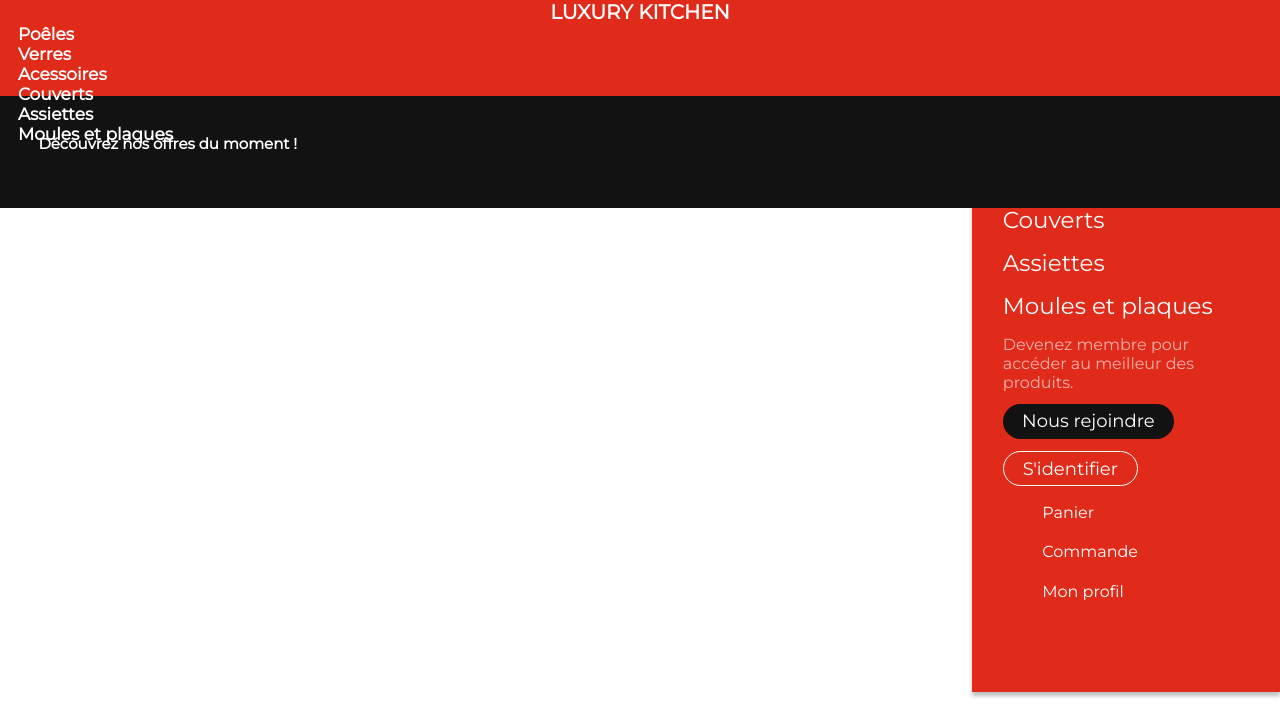
Repository: Juannpl/Luxury-Kicthen
Page: index.html
An editor plug-in stored every save of this project. The page is shown before and after a run of saves, followed by the edit.
The browser window is 1280 px wide. The pictures show the whole page.
Some icons come from a web library that is not loaded, so they are not drawn.

Above is the page before, as saved 2023-02-06 12:28:32.

### index.html
<!DOCTYPE html>
<html lang="fr">
<head>
    <meta charset="UTF-8">
    <meta http-equiv="X-UA-Compatible" content="IE=edge">
    <meta name="viewport" content="width=device-width, initial-scale=1.0">

    <script src="https://unpkg.com/boxicons@2.1.4/dist/boxicons.js"></script>

    <link rel="stylesheet" href="css/style.css">
    <title>Acceuil - LK</title>
</head>
<body>
    <header class="header">
        <nav class="nav_container row">
            <div class="logo">
                <p>LUXURY KITCHEN</p>
            </div>
            <div class="barre_categorie">
                <ul class="row">
                    <li><a href="#">Poêles</a></li>
                    <li><a href="#">Verres</a></li>
                    <li><a href="#">Acessoires</a></li>
                    <li><a href="#">Couverts</a></li>
                    <li><a href="#">Assiettes</a></li>
                    <li><a href="#">Moules et plaques</a></li>
                </ul>
            </div>
            <div class="nav_list">
                <ul class="row">
                    <li class="items_list">
                        <box-icon name='shopping-bag' color='#ffffff' size='1.7rem'></box-icon>
                    </li>
                    <li class="items_list">
                        <box-icon name='user-circle' type='solid' color='#ffffff' size='1.7rem'></box-icon>
                    </li>
                    <a id="openBtn">
                        <li class="items_list">
                            <box-icon name='menu' color='#ffffff' size=2.2rem></box-icon>
                        </li>
                    </a>
                </ul>
            </div>
        </nav>
        <div id="transparent"></div>
        <section id="barre_categorie_mobile">
            <div id="closeBtn">
                <box-icon name='x' color='#ffffff' size='3rem'></box-icon>
            </div>
            <div class="nav_contents row">
                <div>
                    <ul class="row">
                        <li><a href="#">Poêles</a></li>
                        <li><a href="#">Verres</a></li>
                        <li><a href="#">Acessoires</a></li>
                        <li><a href="#">Couverts</a></li>
                        <li><a href="#">Assiettes</a></li>
                        <li><a href="#">Moules et plaques</a></li>
                    </ul>
                </div>
                <div>
                    <p class="opacityy">
                        Devenez membre pour accéder au meilleur des produits.
                    </p>
                </div>
                <div>
                    <button type="button" class="btn-black">Nous rejoindre</button>
                </div>
                <div>
                    <button type="button" class="btn-clear">S'identifier</button>
                </div>
                <div class="items">
                    <div class="roww">
                        <box-icon name='shopping-bag' color='#ffffff' size='1.7rem'></box-icon>
                        <p>Panier</p>
                    </div>
                    <div class="roww">
                        <box-icon type='solid' name='package' color='#ffffff' size='1.7rem'></box-icon>
                        <p>Commande</p>
                    </div>
                    <div class="roww">
                        <box-icon name='user-circle' type='solid' color='#ffffff' size='1.7rem'></box-icon>
                        <p>Mon profil</p>
                    </div>
                </div>
                <div class="reseaux roo">
                    <div class="sociaux">
                        <box-icon name='facebook-circle' type='logo' color='#ffffff' ></box-icon>
                    </div>
                    <div class="sociaux">
                        <box-icon name='twitter' type='logo' color='#ffffff' ></box-icon>
                    </div>
                    <div class="sociaux">
                        <box-icon name='instagram-alt' type='logo' color='#ffffff' ></box-icon>
                    </div>
                </div>
            </div>
        </section>
        <!-- FIN DDE LA BARRE DE NAVIGATION MOBILE-->
    </header>
    <main id="juan">
        <section class="body_container">
            <div class="firstpart">
                <div class="name_of_card">
                    <h1>Découvrez nos offres du moment !</h1>
                </div>
                <div class="swipe">
                </div>
                <div></div>
                <div></div>
            </div>
        </section>
    </main>
    <footer>

    </footer>
    <script src="script.js"></script>
</body>
</html>

### css/style.css
/*

    GENERAL

*/

@import url('https://fonts.googleapis.com/css2?family=Montserrat&family=Roboto&display=swap');

:root{
    --rougelinear: rgba(224, 43, 26, 1);
    --rougetext: #E02B1A;
    --blanc: #fff;
    --noirclair: #1E1E1E;
    --noir: #121212;
    --gris: #595959;
}

*/*,
*::after,
*::before*/{
    margin: 0;
    padding: 0;
    box-sizing: inherit;
    list-style: none;
    text-decoration: none;
    font-family: 'Montserrat', 'sans-serif';
}

html{
    width: 100%;
    overflow-x: hidden;
}

.controle img{
    width: 100%;
}

/*

    HEADER

*/

.header{
    background-color: var(--rougelinear);
    height: 6rem;
    display: grid;
    align-items: center;
    position: relative;
}

.logo{
    color: var(--blanc);
    font-size: 0.9em;
    font-weight: 600;
    text-align: center;
    padding-left: 5%;
}

.barre_categorie{
    display: none;
}

#closeBtn{
    position: absolute;
    top: 5%;
    right: 10%;
    cursor: pointer;
}

#barre_categorie_mobile{
    color: var(--blanc);
    width: 308px;
    position: absolute;
    z-index: -1;
    top: 0;
    right: 0;
    background-color: var(--rougelinear);
    transition: left 0.5s ease;
    display: flex;
    align-items: center;
    flex-direction: column;
    box-shadow: 0px 4px 4px 0px rgba(0, 0, 0, 0.25);
}

/* Active class */
#barre_categorie_mobile.active{
    z-index: 3;
}

#transparent.active{
    z-index: 2;
}

#transparent{
    position: fixed;
    top: 0;
    right: 0;
    width: 100%;
    height: 100vh;
    z-index: -3;
    background: rgba(255, 255, 255, 0.28);
    backdrop-filter: blur(3.8px);
    -webkit-backdrop-filter: blur(3.8px);
}

.reseaux{
    justify-content: center;
}

.sociaux{
    padding: 2% ;
}

#barre_categorie_mobile ul{
    flex-direction: column;
}

#barre_categorie_mobile ul a{
    color: var(--blanc);
    font-weight: 550;
    font-size: 23px;
}

#barre_categorie_mobile ul li{
    margin: 15px 0px;
}

.nav_container{
    justify-content: space-between;
    /* text-align: center; */
    align-items: center;
}

.roo{
    display: flex;
}

.items_list{
    padding: 0 0.5rem;
    height: auto;
    display: grid;
    align-items: center;
    cursor: pointer;
}

.nav_list{
    padding-right: 3%;
}

.nav_contents{
    width: 80%;
    flex-direction: column;
    margin-top: 20%;
}

.nav_contents div{
    margin: 5% 0;
}

.btn-black{
    width: 171px;
    height: 35px;
    background-color: var(--noir);
    color: var(--blanc);
    border: 0px;
    border-radius: 20px;
    font-family: Montserrat;
    font-size: 18px;
}

.btn-clear{
    border: 1.7px solid var(--blanc);
    color: var(--blanc);
    background-color: transparent;
    width: 133px;
    height: 33px;
    border-radius: 20px;
    font-family: Montserrat;
    font-size: 18px;
}

.roww{
    display: flex;
    align-items: center;
    margin: 5% 0;
}

.opacityy{
    opacity: 63%;
}

.items p{
    margin-left: 5%;
}

/*

    MAIN

*/

.btn-red{
    height: 23px;
    width: 135px;
    border-radius: 3px;
    border: none;
    background-color: var(--rougelinear);
    color: var(--blanc);

}

.swipe {
    display: flex;
}

#juan{
    background-color: var(--noir);
    padding: 3% 3%;
}

.controle{
    height: 190px;
    width: 100%;

}

.description h2{
    font-family: Montserrat;
    font-size: 15px;
    font-weight: 600;
    color: var(--blanc);
}

.name_of_card {
    color: var(--blanc);
    font-family: Montserrat;
    font-size: 10px;
    font-weight: 700;
    text-align: left;
    padding-bottom: 1rem;

}

.card{
    text-align: center;
    background-color: var(--gris);
}

/* desktop = 1224px, tablette = 768px */

@media only screen and (min-width: 768px){
    .logo{
        font-size: 20px;
    }
}

@media only screen and (min-width: 1224px){
    .barre_categorie_mobile{
        display: none;
    }

    .barre_categorie{
        display: revert;
        width: 70%;
    }

    .barre_categorie li{
        padding: 0% 2%;
    }

    .barre_categorie a{
        color: var(--blanc);
        font-weight: 600;
        font-size: 17px;
    }

    .nav_list {
        padding-right: 0;
    }

    .logo {
        padding-left: 0;
    }

    .roo {
        justify-content: center;
    }

    #openBtn{
        display: none;
    }
}


/* ---------- Footer ---------- */

footer{
    width: 100%;
    align-items: center;
    font-family: 'Montserrat', sans-serif;
}

.container-footer{
    height: 400px;
    display: flex;
    flex-direction: column;
    padding-top: 20px;
    background-color: #121212;
    color: white;
    font-size: 1.2rem;
}

.contact-infos{
    display: none;
}

.contact-infos p{
    font-size: 16px;
    color: rgb(255, 255, 255, .5);
}

.container-footer h3{
    text-align: center;
    margin: 25px 0 25px 0;
    font-size: 18px;
}

.download{
    text-align: center;
}

.picto{
    width: 30%;
}

.logos-paiement{
    width: 60%;
    height: 50px;
    display: flex;
    justify-content:space-between;
    align-items: center;
    margin: auto;
}

#visa{
    width: 70px;
    height: 95px;
}

#mastercard{
    width: 70px;
    height: 30px;
}

#paypal{
    width: 35px;
    height: 35px;
}

.social-media{
    text-align: center;
    margin-top: 5px;
}


/* ---------- Page d'inscription ---------- */

.create-account-container{
    width: 100%;
    height: 90%;
    background-color:var(--noirclair);
    text-align: center;
    color: var(--blanc);
    display: grid;
    gap: 5px;
    padding-top: 8%;
    font-family: 'Montserrat', sans-serif;
}

.create-account-container h1{
    font-size: 18px;
}

.create-account-container h3{
    font-size: 12px;
}

#identification-span{
    color: var(--rougetext);
}

.create-account-form{
    padding: 2%;
}

.create-account-form input{
    width: 80%;
    height: 60px;
    margin: 3%;
    padding-left: 3%;
    border-radius: 3px;
    background-color: var(--noirclair);
    border: var(--gris) 1px solid;
    font-size: 15px;
}

.conditions{
    display: flex;
}

.conditions p{
    padding-top: 3%;
    font-size: 13px;
    text-align: left;
}

#conditions{
    width: 16px;
    height: 16px;
}

.create-account-form button{
    width: 120px;
    height: 35px;
    margin: 4% 0 4% 0;
    background-color: var(--rougetext);
    color: var(--blanc);
    border-radius: 5px;
    font-family: 'Montserrat', sans-serif;
    font-size: 15px;
    font-weight: 600;
    border: none;
}


/* ---------- Page d'identification ---------- */

.container-identification{
    background-color: var(--noirclair);
    color: var(--blanc);
    text-align: center;
    font-family: 'Montserrat', sans-serif;
    display: grid;
    gap: 20px;
    padding: 120px 0 70px;
}

.container-identification h1{
    font-size: 18px;
}

.container-identification input{
    width: 300px;
    height: 60px;
    background-color: var(--noirclair);
    border: var(--gris) 1px solid;
    border-radius: 3px;
    padding-left: 2%;
}

.container-identification h3{
    font-size: 12px;
    padding: 10px;
}

.social-identification button{
    width: 266px;
    height: 35px;
    border-radius: 20px;
    color: var(--blanc);
    font-size: 11px;
    font-weight: 600;
    display: flex;
    align-items: center;
    justify-content: center;
}

#fb-button{
    background-color: #039be5;
    border: none;
}

#apple-button{
    background-color: var(--noir);
    border: none;
}

#google-button{
    background-color: var(--noirclair);
    border: var(--blanc) 1px solid;
}

.social-identification img{
    width: 24px;
    height: 24px;
}

.social-identification{
    text-align: center;
    display: grid;
    justify-content: center;
    gap: 20px;
}

.form-identification input{
    margin-bottom: 7%;
}

.form-identification button{
    width: 140px;
    height: 40px;
    background-color: var(--rougetext);
    color: var(--blanc);
    font-size: 15px;
    font-weight: 600;
    border-radius: 5px;
    border: none;
    margin-bottom: 7%;
}



/* -------------------- Tablet -------------------- */


@media only screen and (min-device-width : 768px){

    /* ---------- Footer ---------- */

    .container-footer{
        height: 430px;
    }

    .container-footer-tablet{
        display: flex;
        justify-content: space-around;
    }

    .contact-infos{
        width: 40%;
        display: flex;
        flex-direction: column;
        text-align:left;
    }

    .download{
        width: 40%;
    }

    .picto{
        width: 45%
    }

    .logos-paiement{
        width: 40%;
    }

    /* ---------- Page d'inscription ---------- */

    .create-account-container h1{
        font-size: 24px;
    }

    .create-account-container h3{
        font-size: 17px;
        padding-top: 1.5%;
    }

    .create-account-form input{
        width: 450px;
        height: 70px;
        font-size: 18px;
        padding-left: 2%;
        margin: 2% 0 .5% 0;
    }

    .conditions{
        width: 63%;
        margin-left: 20%;
    }



    /* ---------- Page d'identification ---------- */

    .container-identification{
        padding: 70px 0 10px 0;
    }

    .container-identification h1{
        font-size: 24px;
    }

    .social-identification button{
        width: 492px;
        height: 63px;
        border-radius: 5px;
        font-size: 15px;
    }

    .container-identification h3{
        font-size: 18px;
    }

    .form-identification input{
        width: 520px;
        height: 75px;
        font-size: 20px;
        margin-bottom: 3%;
    }

    .form-identification button{
        width: 246px;
        height: 60px;
        margin-top: 1%;
        font-size: 24px;
        font-weight: 500;
    }
}





/* -------------------- Desktop -------------------- */


@media only screen and (min-device-width : 1224px){

/* ---------- Footer ---------- */

    .logos-paiement{
        width: 20%;
    }

    .paiement h3{
        padding-top: 1%
    }


    /* ---------- Page d'inscription ---------- */

    .create-account-container h1{
        font-size: 24px;
    }

    .create-account-container h3{
        font-size: 18px;
        padding-top: 1.5%;
    }

    .create-account-form input{
        width: 40%;
        height: 80px;
        font-size: 20px;
        padding-left: 2%;
        margin: 2% 0 .5% 0;
    }

    .conditions{
        width: 43%;
        margin-left: 29%;
    }

    .conditions p{
        padding-top: 3%;
        font-size: 16px;
        text-align: center;
    }

    .create-account-form button{
        width: 220px;
        height: 50px;
        font-size: 20px;
    }

    #conditions{
        width: 25px;
        height: 30px;
    }




    /* ---------- Page d'identification ---------- */


}

### script.js
var navMobile = document.getElementById("barre_categorie_mobile");
var transparent = document.getElementById("transparent");
var openBtn = document.getElementById("openBtn");
var closeBtn = document.getElementById("closeBtn");

openBtn.onclick = openNav;
closeBtn.onclick = closeNav;

/* Set the width of the side navigation to 250px */
function openNav() {
  navMobile.classList.add("active");
  transparent.classList.add("active");
}

/* Set the width of the side navigation to 0 */
function closeNav() {
  navMobile.classList.remove("active");
  transparent.classList.remove("active");
}

After the next 2 saves:
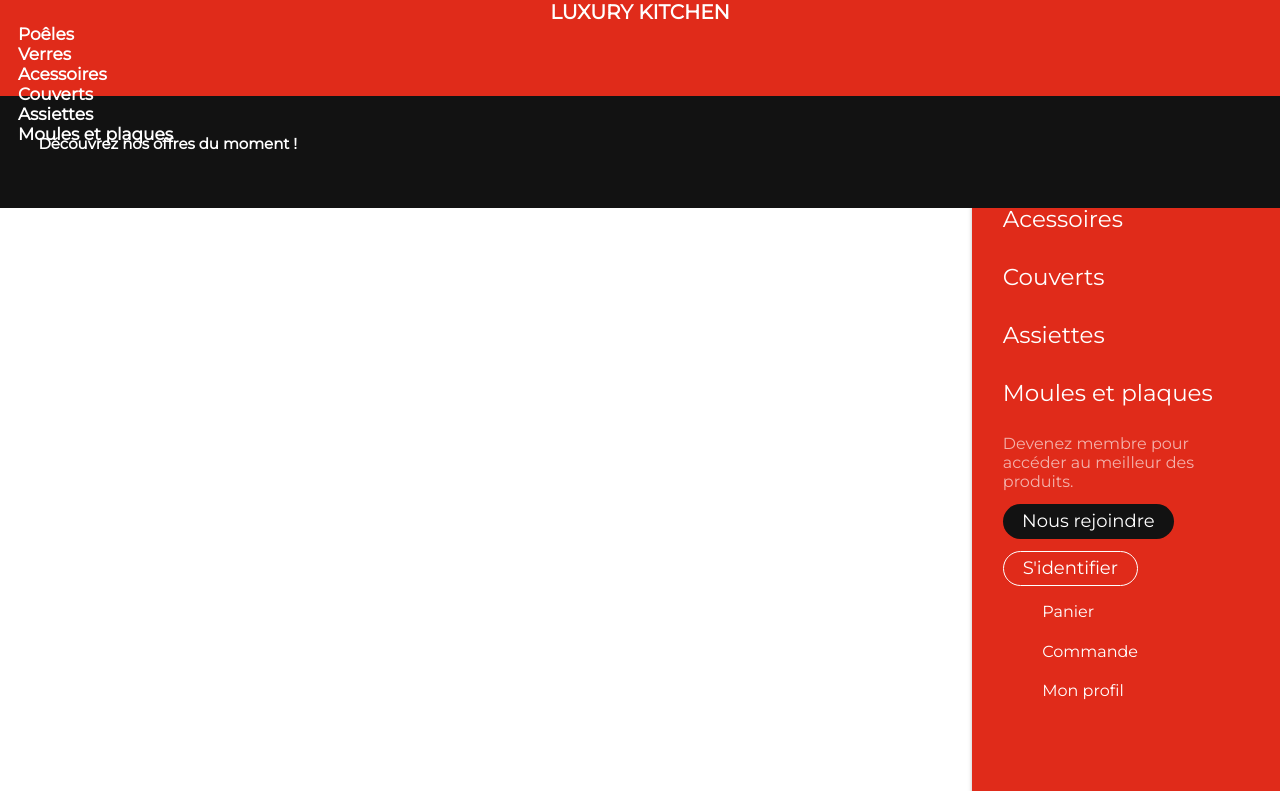
The 2 saves are shown as one change because they came seconds apart.
The last was saved 17 s later.
--- a/index.html
+++ b/index.html
@@ -49,7 +49,7 @@
             </div>
             <div class="nav_contents row">
                 <div>
-                    <ul class="row">
+                    <ul class="roo">
                         <li><a href="#">Poêles</a></li>
                         <li><a href="#">Verres</a></li>
                         <li><a href="#">Acessoires</a></li>
